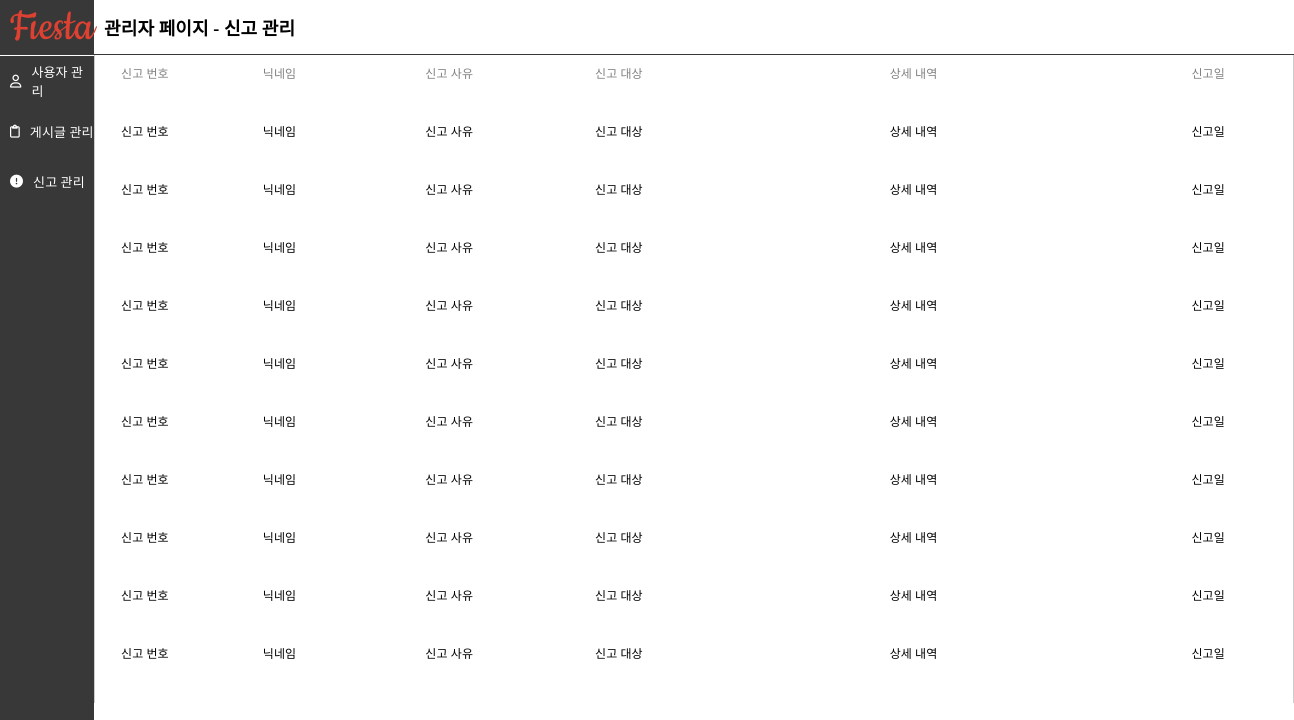
Repository: SNSFiestaTeam/Fiesta
Page: Fiesta/src/main/webapp/html/management/management-report.html
The author's editor kept a copy of each file at every save. The page is drawn from the files as they stood at one save, then again after the next save.
The browser window is 1280 px wide. The page is 1294 px wide, so the pictures cover 1294 px, including what lies to the right of the window. The pictures show the whole page.
The pointer rests on the first visible `.row`.
Some web fonts or font styles are not loaded; a fallback is used. Some web libraries are served in a nearby version.

Above is the page before, as saved 2022-12-06 12:37:24.

### Fiesta/src/main/webapp/html/management/management-report.html
<!DOCTYPE html>
<html lang="en">
<head>
  <meta charset="UTF-8">
  <meta http-equiv="X-UA-Compatible" content="IE=edge">
  <meta name="viewport" content="width=device-width, initial-scale=1.0">
  <link rel="stylesheet" href="../../resources/css/common-style.css">
  <link rel="stylesheet" href="../../resources/css/management/management.css">
  <script
      src="https://kit.fontawesome.com/591746f9e8.js"
      crossorigin="anonymous"
    ></script>
  <title>관리자페이지</title>
</head>
<body>
  <sidebar class="sidebar">
    <span class="title">Fiesta</span>
    <a href="#" class="bar-item button"><i class="fa-regular fa-user"></i> 사용자 관리</a>
    <a href="#" class="bar-item button"><i class="fa-regular fa-clipboard"></i>게시글 관리</a>
    <a href="#" class="bar-item button"><i class="fa-solid fa-circle-exclamation"></i>신고 관리</a>
  </sidebar>

  <main class ="management-container">

    <div class="management-title">
      <h1>관리자 페이지 - 신고 관리</h1>
    </div>

    <div class="management-content">
      <span>전체 신고 0건</span>
      <section class="report-container">
        <div class="row rh">
          <span class="cor1">신고 번호</span>
          <span class="cor2">닉네임</span>
          <span class="cor3">신고 사유</span>
          <span class="cor4">신고 대상</span>
          <span class="cor5">상세 내역</span>
          <span class="cor6">신고일</span>
        </div>
        <div class="row">
          <span class="cor1">신고 번호</span>
          <span class="cor2">닉네임</span>
          <span class="cor3">신고 사유</span>
          <span class="cor4">신고 대상</span>
          <span class="cor5">상세 내역</span>
          <span class="cor6">신고일</span>
        </div>
        <div class="row">
          <span class="cor1">신고 번호</span>
          <span class="cor2">닉네임</span>
          <span class="cor3">신고 사유</span>
          <span class="cor4">신고 대상</span>
          <span class="cor5">상세 내역</span>
          <span class="cor6">신고일</span>
        </div>
        <div class="row">
          <span class="cor1">신고 번호</span>
          <span class="cor2">닉네임</span>
          <span class="cor3">신고 사유</span>
          <span class="cor4">신고 대상</span>
          <span class="cor5">상세 내역</span>
          <span class="cor6">신고일</span>
        </div>
        <div class="row">
          <span class="cor1">신고 번호</span>
          <span class="cor2">닉네임</span>
          <span class="cor3">신고 사유</span>
          <span class="cor4">신고 대상</span>
          <span class="cor5">상세 내역</span>
          <span class="cor6">신고일</span>
        </div>
        <div class="row">
          <span class="cor1">신고 번호</span>
          <span class="cor2">닉네임</span>
          <span class="cor3">신고 사유</span>
          <span class="cor4">신고 대상</span>
          <span class="cor5">상세 내역</span>
          <span class="cor6">신고일</span>
        </div>
        <div class="row">
          <span class="cor1">신고 번호</span>
          <span class="cor2">닉네임</span>
          <span class="cor3">신고 사유</span>
          <span class="cor4">신고 대상</span>
          <span class="cor5">상세 내역</span>
          <span class="cor6">신고일</span>
        </div>
        <div class="row">
          <span class="cor1">신고 번호</span>
          <span class="cor2">닉네임</span>
          <span class="cor3">신고 사유</span>
          <span class="cor4">신고 대상</span>
          <span class="cor5">상세 내역</span>
          <span class="cor6">신고일</span>
        </div>
        <div class="row">
          <span class="cor1">신고 번호</span>
          <span class="cor2">닉네임</span>
          <span class="cor3">신고 사유</span>
          <span class="cor4">신고 대상</span>
          <span class="cor5">상세 내역</span>
          <span class="cor6">신고일</span>
        </div>
        <div class="row">
          <span class="cor1">신고 번호</span>
          <span class="cor2">닉네임</span>
          <span class="cor3">신고 사유</span>
          <span class="cor4">신고 대상</span>
          <span class="cor5">상세 내역</span>
          <span class="cor6">신고일</span>
        </div>
        <div class="row">
          <span class="cor1">신고 번호</span>
          <span class="cor2">닉네임</span>
          <span class="cor3">신고 사유</span>
          <span class="cor4">신고 대상</span>
          <span class="cor5">상세 내역</span>
          <span class="cor6">신고일</span>
        </div>
        <div class="row">
          <span class="cor1">신고 번호</span>
          <span class="cor2">닉네임</span>
          <span class="cor3">신고 사유</span>
          <span class="cor4">신고 대상</span>
          <span class="cor5">상세 내역</span>
          <span class="cor6">신고일</span>
        </div>
      </section>
    </div>

  </main>


  <script src="/resources/js/management/management.js"></script>
</body>
</html>

### Fiesta/src/main/webapp/resources/css/common-style.css
@import url('https://fonts.googleapis.com/css2?family=Noto+Sans+KR:wght@100;300;400;500;700;900&display=swap');
@import url('https://fonts.googleapis.com/css2?family=Chewy&display=swap');
@import url('https://fonts.googleapis.com/css2?family=Leckerli+One&display=swap');
@import url('https://fonts.googleapis.com/css2?family=Cookie&display=swap');
@import './root-style.css';
@import url('https://fonts.googleapis.com/css2?family=Nanum+Gothic:wght@400;700;800&display=swap');
@import url('https://fonts.googleapis.com/css2?family=IBM+Plex+Sans+KR:wght@100;200;300;400;500&display=swap');

@font-face {
  font-family: 'NanumSquareNeo-Variable';
  src: url('https://cdn.jsdelivr.net/gh/projectnoonnu/noonfonts_11-01@1.0/NanumSquareNeo-Variable.woff2') format('woff2');
  font-weight: normal;
  font-style: normal;
}

@font-face {
  font-family: 'NanumBarunGothic';
  font-style: normal;
  font-weight: 400;
  src: url('//cdn.jsdelivr.net/font-nanumlight/1.0/NanumBarunGothicWeb.eot');
  src: url('//cdn.jsdelivr.net/font-nanumlight/1.0/NanumBarunGothicWeb.eot?#iefix') format('embedded-opentype'), url('//cdn.jsdelivr.net/font-nanumlight/1.0/NanumBarunGothicWeb.woff') format('woff'), url('//cdn.jsdelivr.net/font-nanumlight/1.0/NanumBarunGothicWeb.ttf') format('truetype');
 }

 @font-face {
  font-family: 'S-CoreDream-3Light';
  src: url('https://cdn.jsdelivr.net/gh/projectnoonnu/noonfonts_six@1.2/S-CoreDream-3Light.woff') format('woff');
  font-weight: normal;
  font-style: normal;
}

@font-face {
  font-family: 'SUIT-Regular';
  src: url('https://cdn.jsdelivr.net/gh/projectnoonnu/noonfonts_suit@1.0/SUIT-Regular.woff2') format('woff2');
  font-weight: normal;
  font-style: normal;
}
/* 전체 적용 스타일 */
* {
  margin: 0;
  padding: 0;
  box-sizing: border-box;
  list-style: none;
  /* font-family: 'Noto Sans KR', sans-serif; */
  /* font-family: 'Nanum Gothic', sans-serif; */
  /* font-family: 'IBM Plex Sans KR', sans-serif; */
  font-family: 'NanumSquareNeo-Variable';
  /* font-family: 'NanumBarunGothic'; */
  /* font-family: 'SUIT-Regular'; */
  letter-spacing: 0.1px;
}

a {
  text-decoration: none;
  color: black;
}

body {
  width: vw;
  font-size: 18px;
}

button {
  border: none;
  background-color: white;
}

footer {
  width: 100%;
  height: 134px;
  color: gray;
  font-size: var(--small-font-size);
  padding-bottom: 40px;

  display: flex;
  flex-direction: column;
  justify-content: space-around;
  align-items: center;
}

footer a {
  color: gray;
}

header {
  width: 100%;
  height: 60px;
  border-bottom: 1px solid #ccc;

  position: sticky;
  top: 0;
  background-color: white;

  display: flex;
  justify-content: center;
  z-index: 2;
}

header > section {
  width: 1000px;
  padding: 0 20px;

  display: flex;
  justify-content: space-between;
  align-items: center;
}

.logo-section a {
  font-family: 'Cookie', cursive;
  /* font-family: 'Chewy', cursive; */
  color: #dd4132;
  font-size: 50px;
  width: 120px;
  height: auto;
}

#logo {
  width: 120px;
  height: auto;
}

.search-section {
  width: 50%;

  display: flex;
  justify-content: center;
}

.search-section fieldset {
  height: 36px;
  width: 90%;
  background-color: --main-font-color;
  border: none;
  border-radius: 5px;

  display: flex;
  justify-content: center;
  align-items: center;
}

.search-section fieldset input {
  width: 200px;
}

#searchX {
  display: flex;
  justify-content: center;
  align-items: center;

  border-radius: 50%;

  display: none;
}

#searchX > i {
  background-color: #ccc;
  display: block;
  width: 15px;
  height: 15px;
  border-radius: 50%;
  font-size: 10px;

  display: flex;
  justify-content: center;
  align-items: center;
  color: white;
}

.search-section fieldset:focus-within > #search-glass {
  display: none;
}

.search-section fieldset:focus-within > #searchX {
  display: inline;
}

.search-section fieldset > input {
  height: 25px;
  border: none;
  outline: none;
  font-size: var(--madium-font-size);

  flex-basis: 80%;
}

.search-section fieldset > button {
  height: 25px;
  margin-right: 10px;
  font-size: 16px;
  color: var(--main-font-color);

  flex-basis: 10%;
}

nav {
  min-width: 300px;
}

nav > ul {
  font-size: var(--large-icon-size);

  display: flex;
  justify-content: space-between;
}

nav li {
  margin-left: 10px;
  flex-shrink: 0;

  text-align: center;
}

nav li > button {
  width: 100%;
  height: 100%;
  font-size: var(--large-icon-size);
}

nav li > button:active {
  color: var(--main-font-color);
}

nav li > a:active {
  color: var(--main-font-color);
}

nav i {
  flex-shrink: 0;
}

#searchBtn {
  display: none;
}

.toggle-search-section {
  display: none;
}

@media screen and (min-width: 1024px) {
  /* Desktop */
}

@media screen and (min-width: 471px) and (max-width: 1023px) {
  /* Tablet */
}

@media screen and (max-width: 780px) {
  .search-section > form {
    display: none;
  }

  #searchBtn {
    display: inline;
  }

  .toggle-search-section {
    width: 100vw;
    height: 80px;

    position: sticky;
    top: 60px;

    display: flex;
    justify-content: center;
    align-items: center;
    z-index: 40;
    display: none;
  }

  .toggle-search-section fieldset {
    height: 38px;
    width: 100%;
    background-color: #ffffff90;
    border: 1px solid #8e8e8e;
    border-radius: 5px;
    padding-left: 10px;

    display: flex;
    justify-content: center;
    align-items: center;
  }

  .toggle-search-section fieldset > input {
    height: 100%;
    width: 100%;
    border: none;
    outline: none;
    font-size: var(--madium-font-size);
    background-color: #ffffff00;

    flex-basis: 80%;
  }

  .toggle-search-section fieldset > button {
    height: 30px;
    margin-right: 10px;
    font-size: 16px;
    color: var(--fiesta-color);
    background-color: #ffffff00;

    flex-basis: 10%;
  }
}

@media screen and (max-width: 470px) {
  /* mobile */

  html {
    width: 100%;
  }

  body {
    width: vw;
  }

  footer {
    display: none;
  }

  #header-section {
    width: vw;
  }

  #newPost {
    width: 60px;
    height: 60px;
    border: 2px solid #8e8e8e;
    border-radius: 50%;
    background-color: white;
    display: flex;
    justify-content: center;
    align-items: center;

    font-size: 30px;

    position: fixed;
    bottom: 20px;
    right: 10px;
  }
}

#header-menu-toggle{
  display: none;
}

label[for='header-menu-toggle'] {
  cursor: pointer;
}

/* 체크박스 다음 div */
#toggle-menu{
  display: none;
}

/* 체크박스가 체크된 경우 다음 div */
#header-menu-toggle:checked + div{
  display: block;
}

.header-menu-parent{
  position: relative;
}

#toggle-menu{
  position: absolute;
  top: 30px;
  right: -10px;
  z-index: 500;
  width: 150px;
  height: 100px;
  background-color: white;
  box-shadow: 0px 0px 1px gray;
  border-radius: 6px;
}


#toggle-menu > a{
  display: flex;
  height: 50%;
  justify-content: center;
  align-items: center;
  font-size: 14px;
  font-weight: bold;
}

#toggle-menu > a:first-child{
  border-bottom: 1px solid #ccc;
}

### Fiesta/src/main/webapp/resources/css/management/management.css
@import '../root-style.css';

@font-face {
  font-family: 'NanumSquareNeo-Variable';
  src: url('https://cdn.jsdelivr.net/gh/projectnoonnu/noonfonts_11-01@1.0/NanumSquareNeo-Variable.woff2') format('woff2');
  font-weight: normal;
  font-style: normal;
}

* {
  font-family: 'NanumSquareNeo-Variable';
}

body {
  display: flex;
  width: 100%;
  height: 100vh;

  overflow-y: hidden;
}

/* 사이드 바 */
.sidebar{
  flex-grow: 0;
  width: 200px;
  height: 100%;
  background-color: rgb(56, 56, 56);
  color: white;

  display: flex;
  flex-direction: column;


  font-size: 13px;
}


.title {
  font-size: 50px;
  color: var(--fiesta-color);
  font-family: 'Cookie', cursive;
  border-bottom: 1px solid white;
  padding-left: 10px;
}

.button {
  color: white;
  width: 100%;
  height: 50px;

  display: flex;
  align-items: center;

  padding-left: 10px;
}

.button > *{
  margin-right: 10px;
}


.button:hover {
  background-color: white;
  color: rgb(56, 56, 56);
}

.management-container {
  width: 100%;
  height: 100%;

}

/* 관리자 페이지 타이틀 */
.management-title{
  display: flex;
  align-items: center;

  height: 55px;
  font-size: 9px;

  border-bottom: 1px solid rgb(56, 56, 56);
  padding-left: 10px

}

/* 관리자 페이지 내용 */
.management-content {
  height: 90%;

  display: flex;
  flex-direction: column;
  justify-content: center;
  align-items: center;

  overflow-y: scroll;
}

.report-container {
  border: 1px solid #ccc;

  width: 1200px;
  height: 700px;
}

.row {
  height: 58px;
  display: flex;
  align-items: center;
  justify-content: space-around;
}

.rh {
  color: grey;
}

.row > span {

  font-size: 12px;

  text-align: center;

}

.cor1 {
  width: 80px;
}

.cor2 {
  width: 150px;
}
.cor3 {
  width: 150px;
}
.cor4 {
  width: 150px;
}
.cor5 {
  width: 400px;
}
.cor6 {
  width: 150px;
}

### Fiesta/src/main/webapp/resources/js/management/management.js


function w3_open() {
  document.getElementById("mySidebar").style.display = "block";
}

function w3_close() {
  document.getElementById("mySidebar").style.display = "none";
}

### Fiesta/src/main/webapp/resources/css/root-style.css
/* 루트 함수
공동으로 사용할 스타일을 미리 지정해놓고 사용 가능
스타일 지정시 지정할 스타일: 루트 함수명 으로 사용 가능
--만 타이핑 하면 자동완성 리스트가 뜨고
선택하면 var()함수까지 자동완성됨 */
:root {
  --background-color: white;
  --main-font-color: #8e8e8e;
  --icon-button-color: #262626;
  --point-font-color: #0095f6;
  --mention-font-color: #00376b;
  --fiesta-color: #dd4132;
  --small-font-size: 12px;
  --main-font-size: 13px;
  --medium-font-size: 16px;
  --large-icon-size: 24px;
}

After the next save:
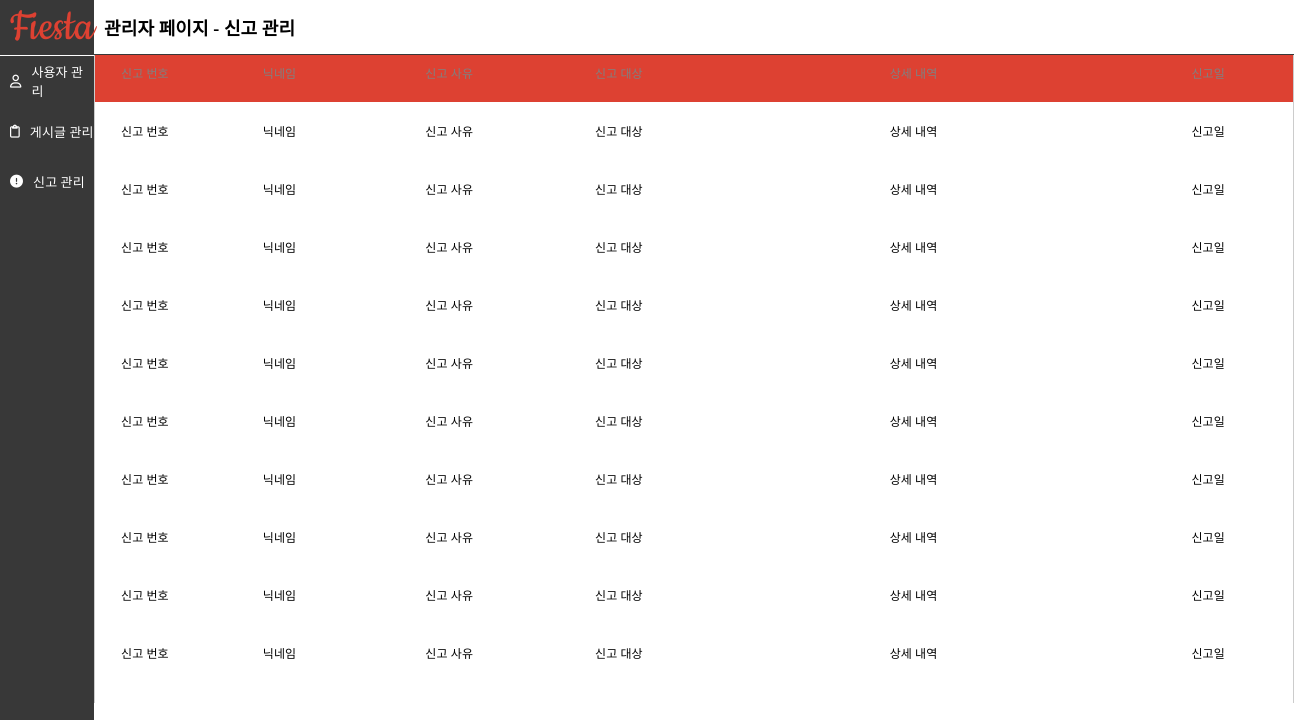
Saved 20 s later.
--- a/Fiesta/src/main/webapp/resources/css/management/management.css
+++ b/Fiesta/src/main/webapp/resources/css/management/management.css
@@ -113,6 +113,10 @@ body {
   color: grey;
 }
 
+.row:hover {
+  background-color: var(--fiesta-color);
+}
+
 .row > span {
 
   font-size: 12px;
